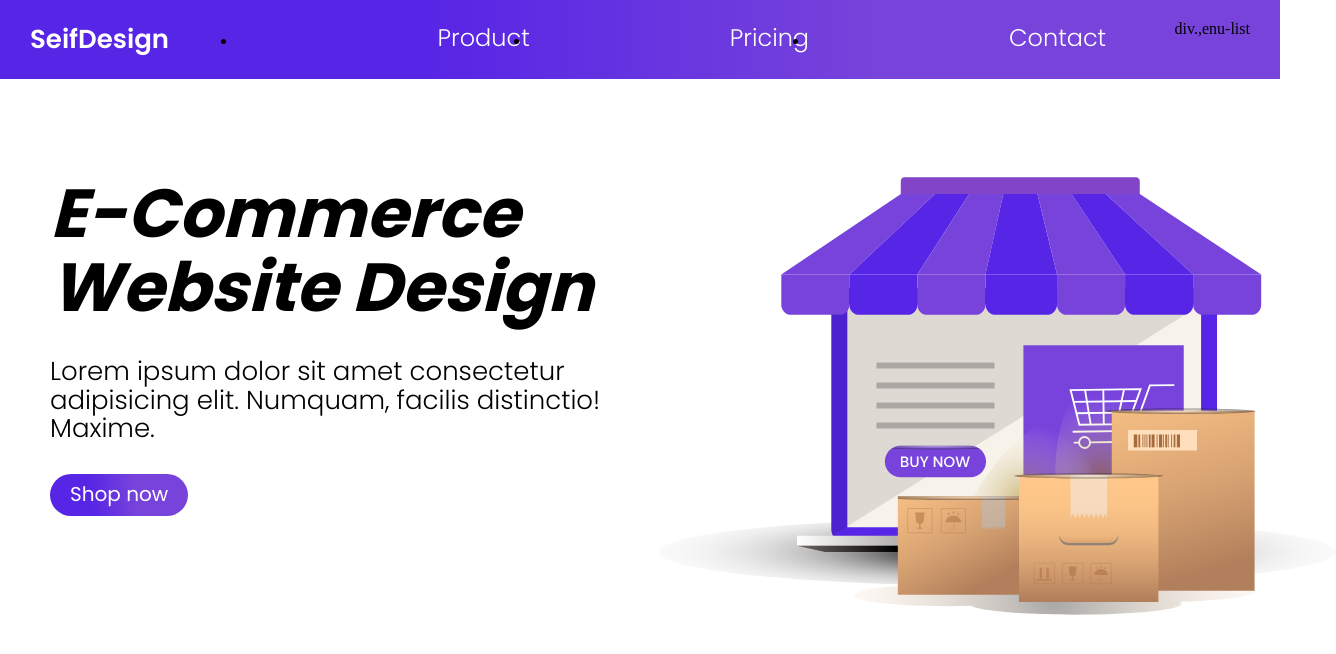
Repository: MehdiKerimov/figma-task-19
Page: pages/homePage/index.html
These files come from the project's save history. The page is drawn as it stood at one moment and after a run of saves; the edit follows.
The browser window is 1280 px wide. The page is 1336 px wide, so the pictures cover 1336 px, including what lies to the right of the window. The pictures show the whole page.
The style sheet was rebuilt from its Sass, Less or Tailwind sources for each picture, by a compiler version that may differ from the author's.

Above is the page before, as saved 2024-01-20 15:38:18.

After the next 5 saves:
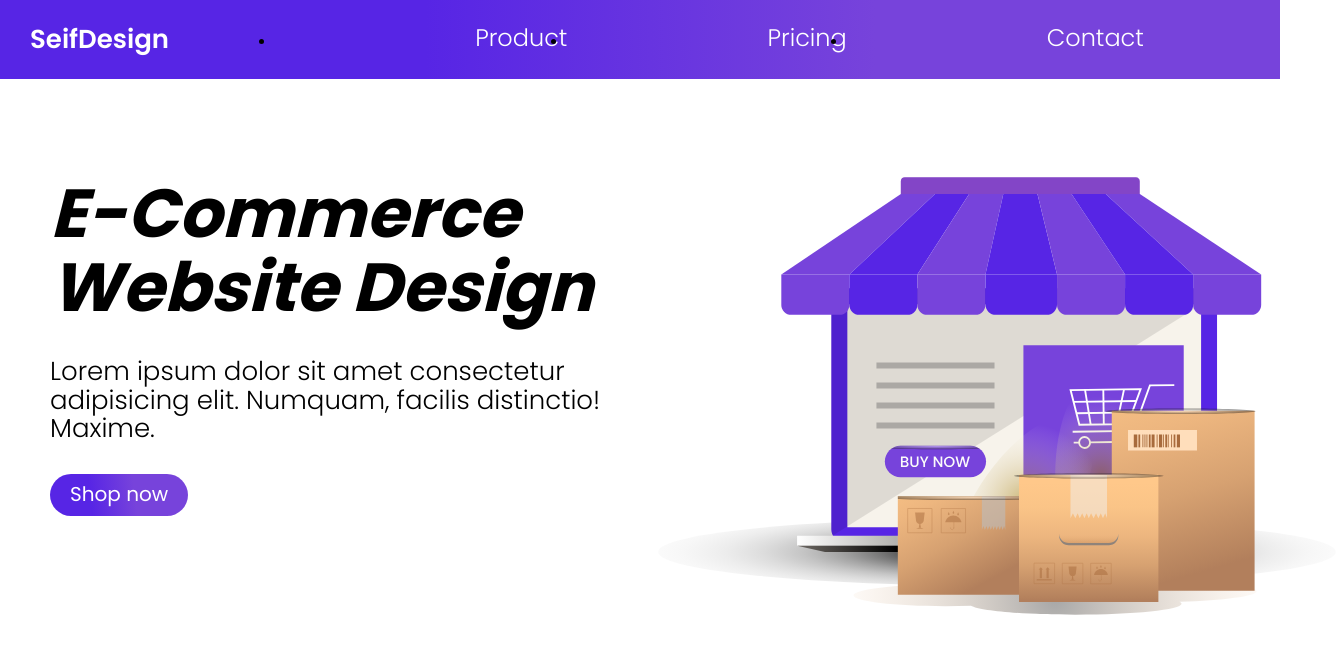
The 5 saves are shown as one change because they came seconds apart.
The last was saved 12 s later.
--- a/pages/homePage/index.html
+++ b/pages/homePage/index.html
@@ -23,7 +23,9 @@
           <li>        <a href="">Contact</a>
 </li>
         </ul>
-        div.,enu-list
+        <div class="menu-list">
+          <a href="#"></a>
+        </div>
         <button class="open-btn">
           <svg xmlns="http://www.w3.org/2000/svg" width="37" height="38" viewBox="0 0 37 38" fill="none">
             <rect y="9.5" width="37" height="3" rx="1.5" fill="#D9D9D9"/>
